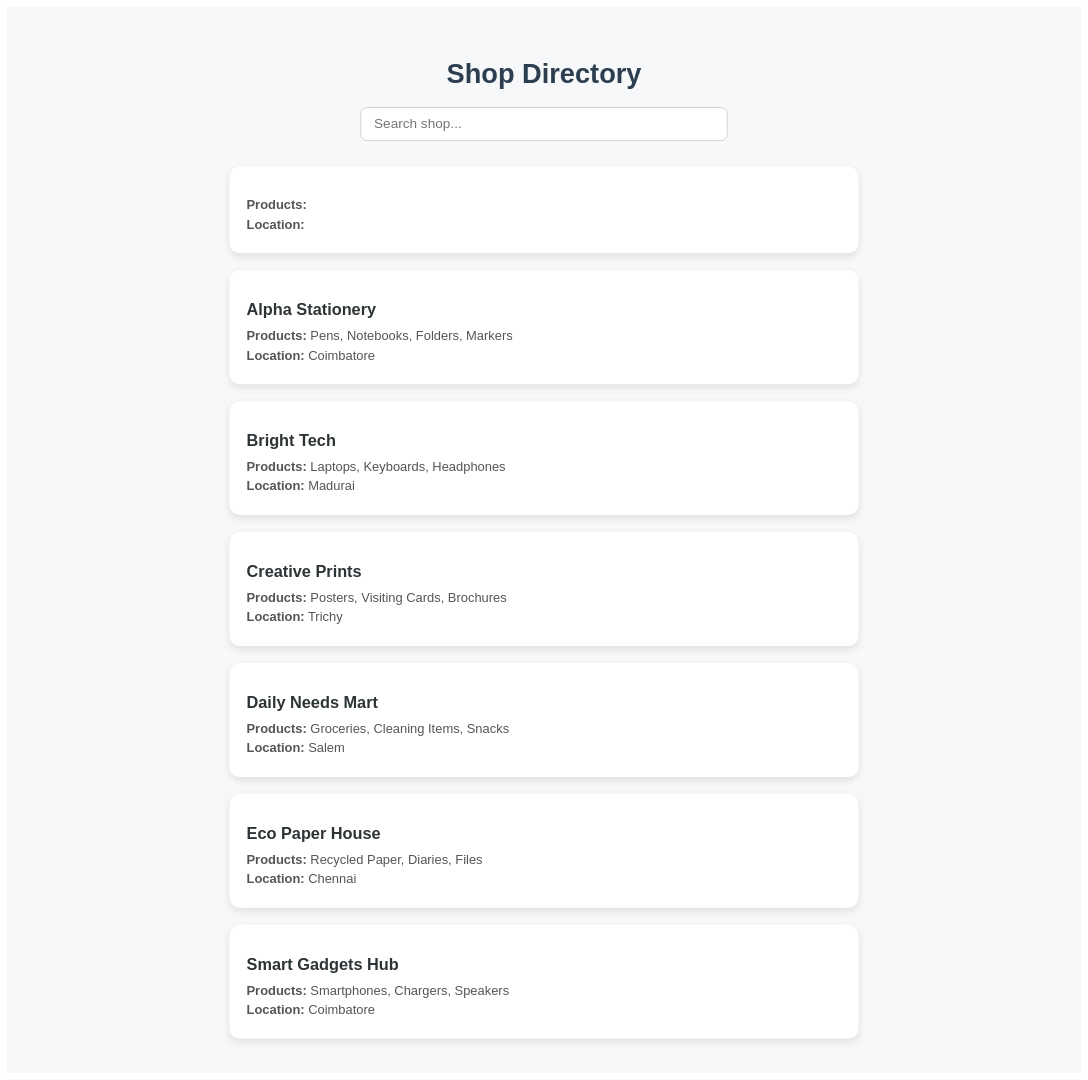
Repository: Pavithra-09git/CarSort
Page: /
The author's editor kept a copy of each file at every save. The page is drawn from the files as they stood at one save, then again after a run of saves.
The browser window is 1280 px wide. The pictures show the whole page, at 85% of full size.
The project was rebuilt for these pictures with package versions that can differ from the ones it lists, and the page was loaded fresh each time. Also part of the build but not shown: vite.config.js.

Above is the page before, as saved 2025-10-26 11:55:01.

After the next 10 saves:
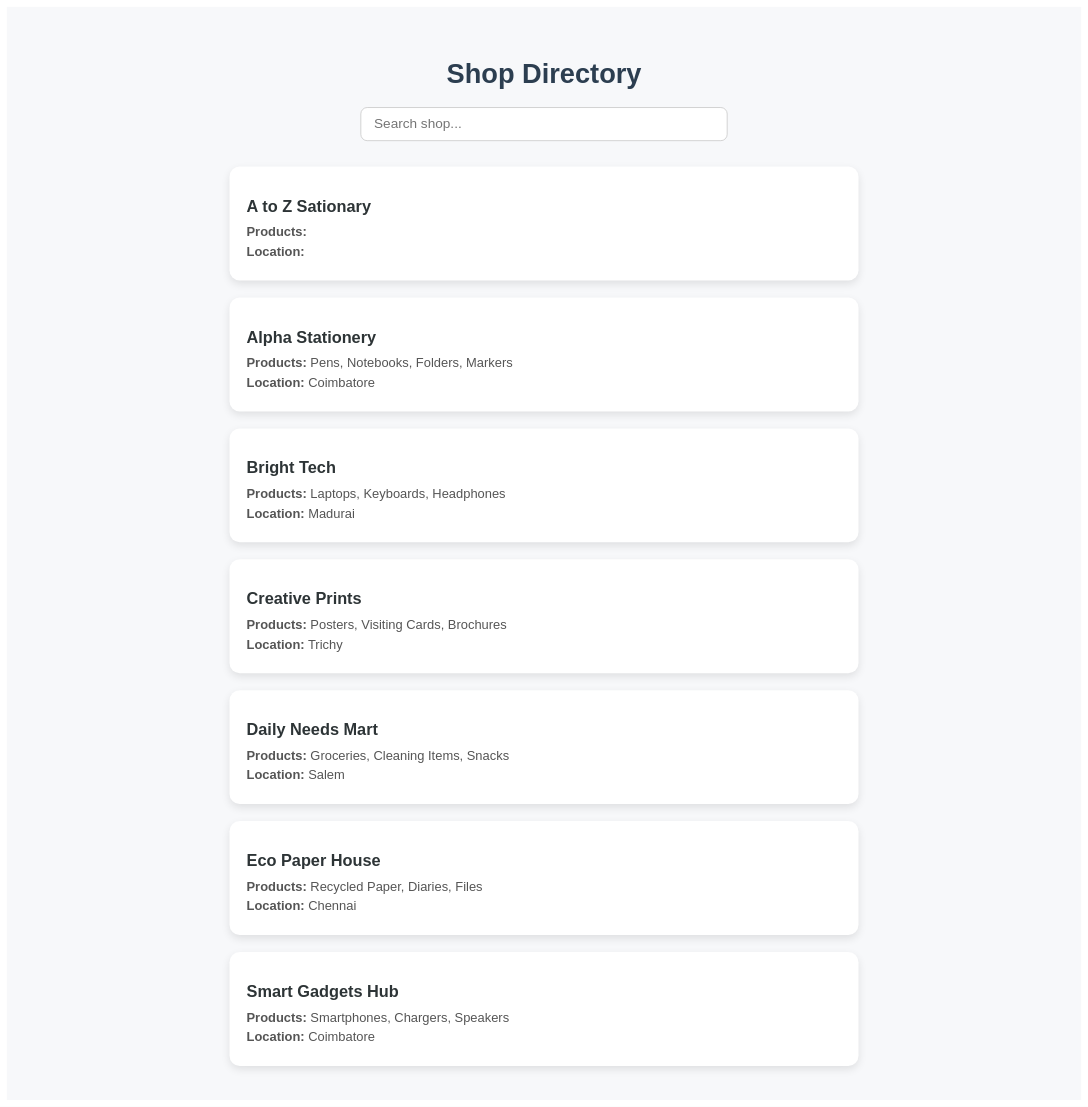
The 10 saves are shown as one change because they came seconds apart.
The last was saved 29 s later.
--- a/src/data.js
+++ b/src/data.js
@@ -39,6 +39,6 @@
     },
     {
         id:6,
-        name:""
+        name:"A to Z Sationary"
     }
   ];
